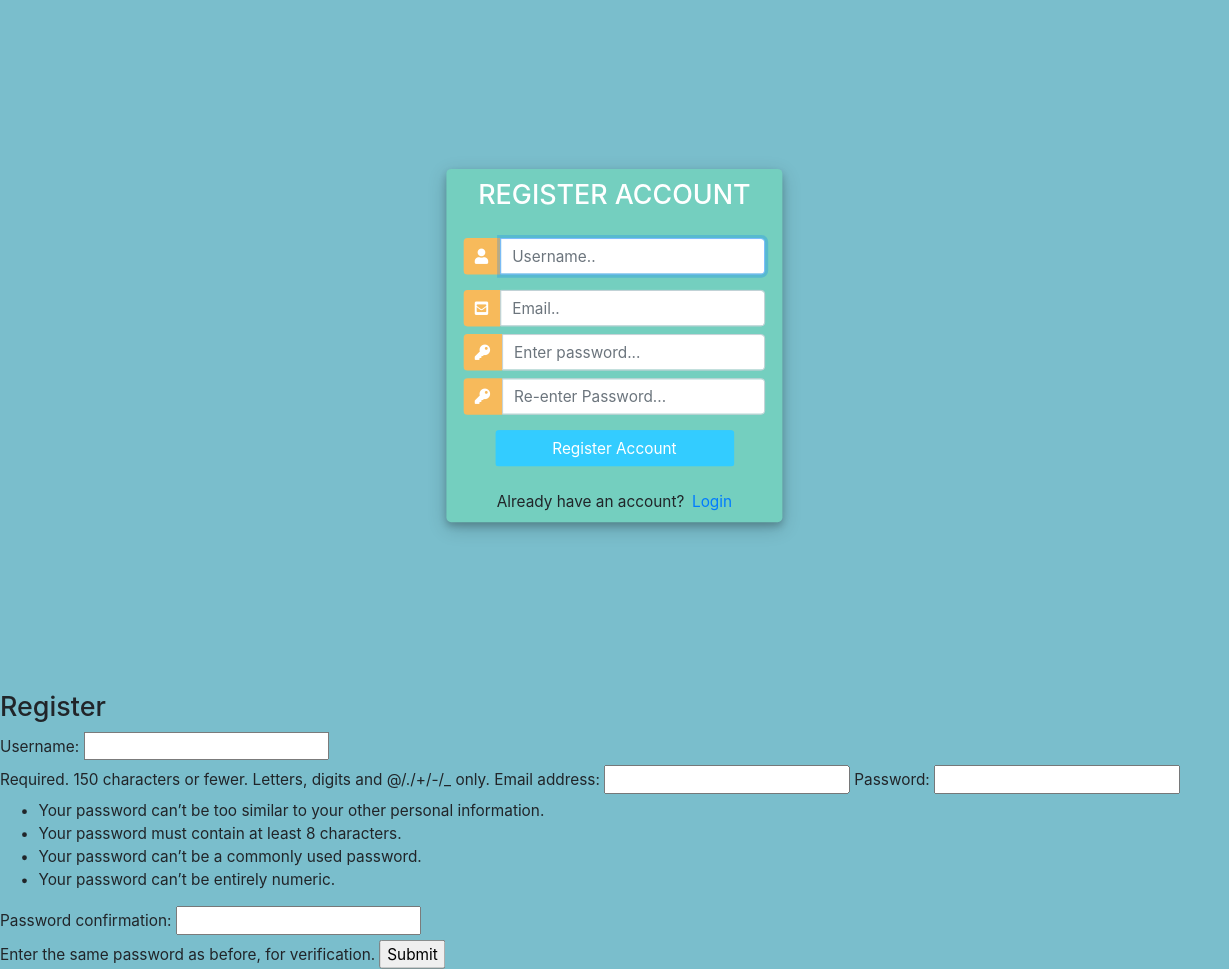
Repository: Faisal-Abdo/Savings_App_Django
Page: http://localhost/register/
An editor plug-in stored every save of this project. The page is shown before and after the next save, followed by the edit.
The browser window is 1280 px wide. The pictures show the whole page, at 96% of full size.
Some web libraries are served in a nearby version. The page is served by the project's application, run on Django 4.2 (manage.py). Other server files are loaded and not shown.

Above is the page before, as saved 2024-07-24 11:49:19.

### registration/templates/authentication/register.html
<!DOCTYPE html>
<html>

<head>
	<title>Login</title>
	<link rel="stylesheet" href="https://stackpath.bootstrapcdn.com/bootstrap/4.1.3/css/bootstrap.min.css" integrity="sha384-MCw98/SFnGE8fJT3GXwEOngsV7Zt27NXFoaoApmYm81iuXoPkFOJwJ8ERdknLPMO" crossorigin="anonymous">
	<script src="https://ajax.googleapis.com/ajax/libs/jquery/3.3.1/jquery.min.js"></script>
	<link rel="stylesheet" href="https://use.fontawesome.com/releases/v5.6.1/css/all.css" integrity="sha384-gfdkjb5BdAXd+lj+gudLWI+BXq4IuLW5IT+brZEZsLFm++aCMlF1V92rMkPaX4PP" crossorigin="anonymous">

	<style>
		body,
		html {
			margin: 0;
			padding: 0;
			height: 100%;
			background: #7abecc !important;
		}
		.user_card {
			width: 350px;
			margin-top: auto;
			margin-bottom: auto;
			background: #74cfbf;
			position: relative;
			display: flex;
			justify-content: center;
			flex-direction: column;
			padding: 10px;
			box-shadow: 0 4px 8px 0 rgba(0, 0, 0, 0.2), 0 6px 20px 0 rgba(0, 0, 0, 0.19);
			-webkit-box-shadow: 0 4px 8px 0 rgba(0, 0, 0, 0.2), 0 6px 20px 0 rgba(0, 0, 0, 0.19);
			-moz-box-shadow: 0 4px 8px 0 rgba(0, 0, 0, 0.2), 0 6px 20px 0 rgba(0, 0, 0, 0.19);
			border-radius: 5px;

		}

		.form_container {
			margin-top: 20px;
		}

		#form-title{
			color: #fff;
		}
		.login_btn {
			width: 100%;
			background: #33ccff !important;
			color: white !important;
		}
		.login_btn:focus {
			box-shadow: none !important;
			outline: 0px !important;
		}
		.login_container {
			padding: 0 2rem;
		}
		.input-group-text {
			background: #f7ba5b !important;
			color: white !important;
			border: 0 !important;
			border-radius: 0.25rem 0 0 0.25rem !important;
		}
		.input_user,
		.input_pass:focus {
			box-shadow: none !important;
			outline: 0px !important;
		}

	</style>

</head>
<body>
	<div class="container h-100">
		<div class="d-flex justify-content-center h-100">
			<div class="user_card">
				<div class="d-flex justify-content-center">
					<h3 id="form-title">REGISTER ACCOUNT</h3>
				</div>
				<div class="d-flex justify-content-center form_container">

					<form method="POST" action="">
                        {% csrf_token %}
						<div class="input-group mb-3">
							<div class="input-group-append">
								<span class="input-group-text"><i class="fas fa-user"></i></span>
							</div>
							{{form.username}}
						</div>
						<div class="input-group mb-2">
							<div class="input-group-append">
								<span class="input-group-text"><i class="fas fa-envelope-square"></i></span>
							</div>
							{{form.email}}
						</div>
						<div class="input-group mb-2">
							<div class="input-group-append">
								<span class="input-group-text"><i class="fas fa-key"></i></span>
							</div>
							{{form.password1}}
						</div>
						<div class="input-group mb-2">
							<div class="input-group-append">
								<span class="input-group-text"><i class="fas fa-key"></i></span>
							</div>
							{{form.password2}}
						</div>

				   		<div class="d-flex justify-content-center mt-3 login_container">
				 			<input class="btn login_btn" type="submit" value="Register Account">
				   		</div>
					</form>
				</div>

				<div class="mt-4">
					<div class="d-flex justify-content-center links">
						Already have an account? <a href="{% url 'login' %}" class="ml-2">Login</a>
					</div>
				</div>
			</div>
		</div>
	</div>
	<script>
						/* Because i didnt set placeholder values in forms.py they will be set here using vanilla Javascript
		//We start indexing at one because CSRF_token is considered and input field
		 */

		//Query All input fields
		var form_fields = document.getElementsByTagName('input')
		form_fields[1].placeholder='Username..';
		form_fields[2].placeholder='Email..';
		form_fields[3].placeholder='Enter password...';
		form_fields[4].placeholder='Re-enter Password...';


		for (var field in form_fields){
			form_fields[field].className += ' form-control'
		}
	</script>
</body>
</html>

<h3>Register</h3>

<form method="POST" action="">
    {% csrf_token %}
    {{form}}
    <input type="submit" name="Create User">

</form>

### registration/forms.py
from django import forms
from django.contrib.auth.models import User
from django.contrib.auth.forms import UserCreationForm
from django.forms import ModelForm

class CreateUserForm(UserCreationForm):
    class Meta:
        model = User
        fields = ['username', 'email', 'password1', 'password2']

### registration/views.py
from django.shortcuts import render
from django.http import HttpResponse
from django.forms import inlineformset_factory
from django.contrib.auth.forms import UserCreationForm
from .forms import CreateUserForm

# Create your views here.
def home(request):
    return render(request, 'templates/home.html')

def register(request):
    form = CreateUserForm()
    if request.method == 'POST':
        form = CreateUserForm(request.POST)
        if form.is_valid():
            form.save()
    context = {'form': form}
    return render(request, 'authentication/register.html', context)

def login_view(request):
    return render(request, 'authentication/login.html')

### savings_app/urls.py
"""
URL configuration for savings_app project.

The `urlpatterns` list routes URLs to views. For more information please see:
    https://docs.djangoproject.com/en/4.2/topics/http/urls/
Examples:
Function views
    1. Add an import:  from my_app import views
    2. Add a URL to urlpatterns:  path('', views.home, name='home')
Class-based views
    1. Add an import:  from other_app.views import Home
    2. Add a URL to urlpatterns:  path('', Home.as_view(), name='home')
Including another URLconf
    1. Import the include() function: from django.urls import include, path
    2. Add a URL to urlpatterns:  path('blog/', include('blog.urls'))
"""
from django.contrib import admin
from django.urls import path, include
from django.shortcuts import redirect

urlpatterns = [
    path('admin/', admin.site.urls),
    path('', lambda request: redirect('login/', permanent=True)),
    path('', include('registration.urls')),
]

### registration/urls.py
from django.urls import path
from . import views

urlpatterns = [
    path('', views.home, name='home'),
    path('register/', views.register, name='register'),
    path('login/', views.login_view, name='login'),
]

After the next save:
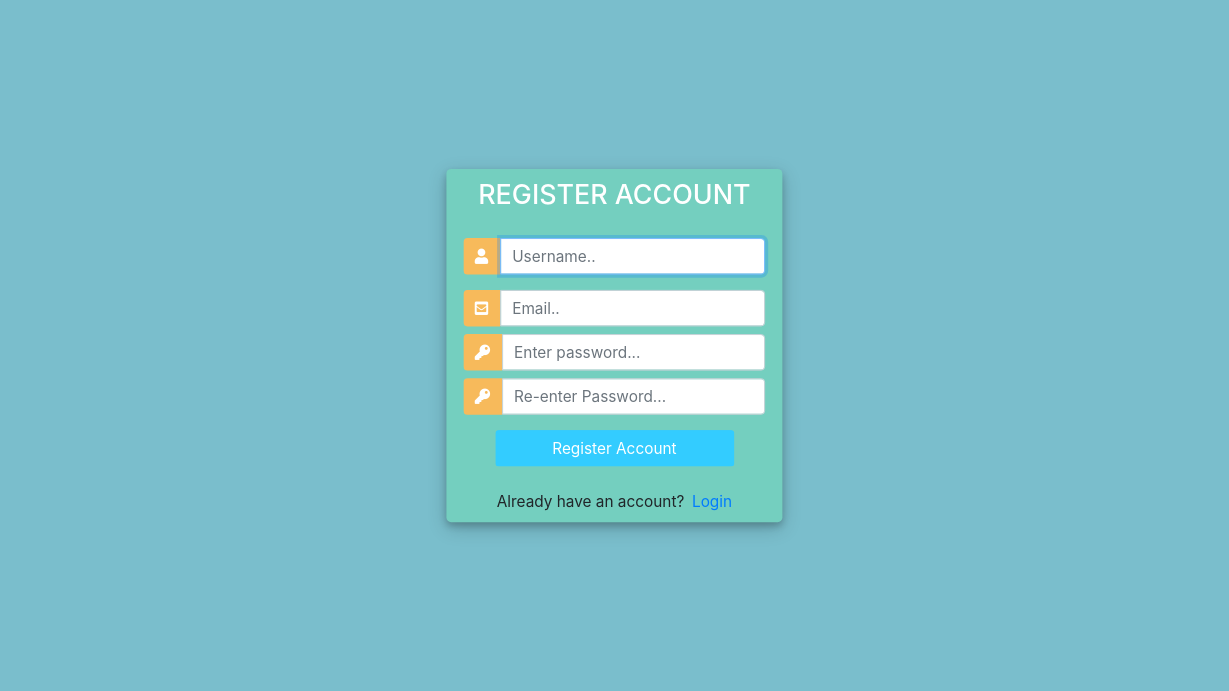
Saved 20 s later.
--- a/registration/templates/authentication/register.html
+++ b/registration/templates/authentication/register.html
@@ -135,12 +135,3 @@
 	</script>
 </body>
 </html>
-
-<h3>Register</h3>
-
-<form method="POST" action="">
-    {% csrf_token %}
-    {{form}}
-    <input type="submit" name="Create User">
-
-</form>
